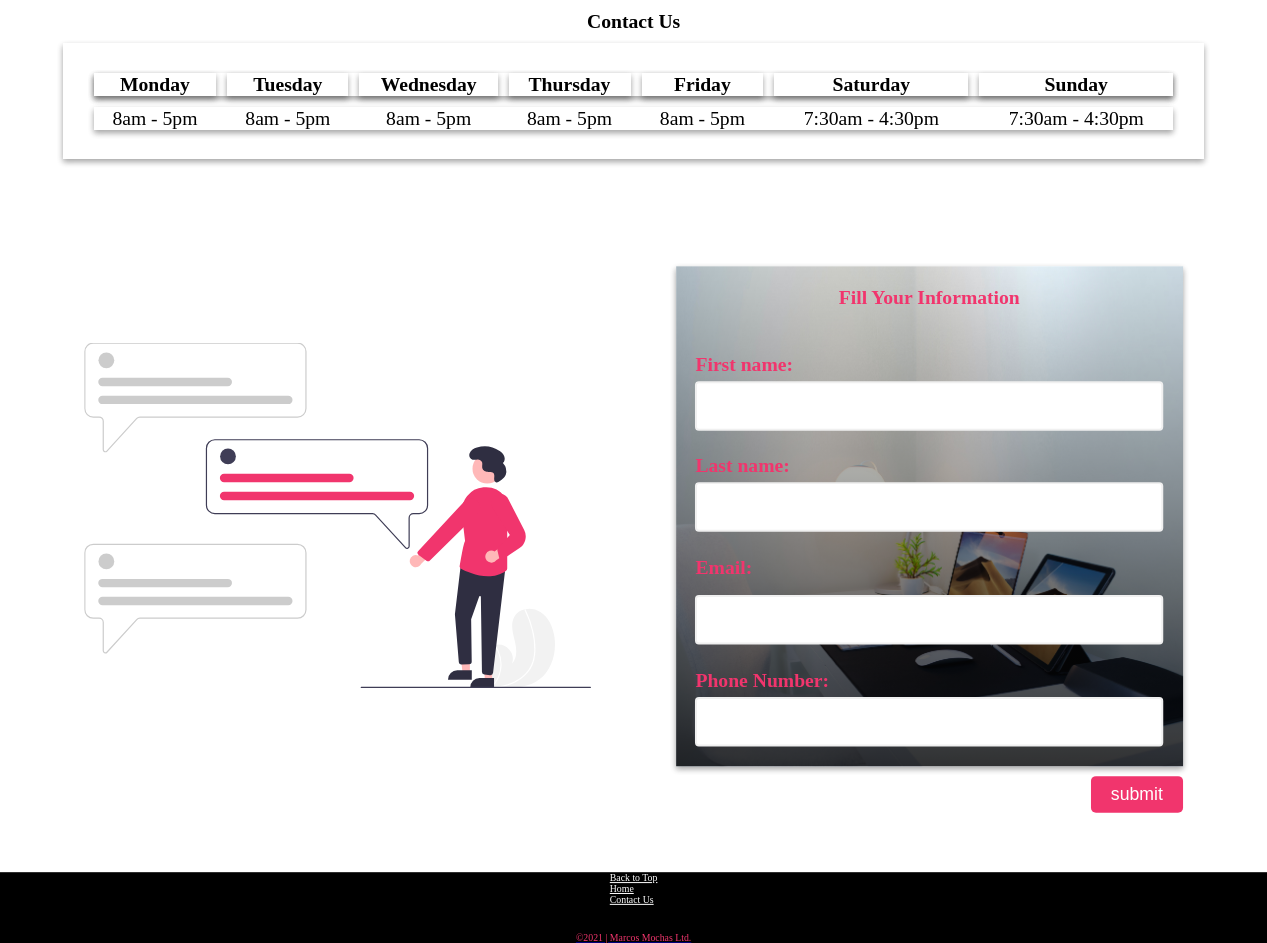
Repository: CAMPSLOPY/marcos-mochas
Page: HTML/contact.html
The author's editor kept a copy of each file at every save. The page is drawn from the files as they stood at one save, then again after the next save.
The browser window is 1280 px wide. The pictures show the whole page, at 99% of full size.

Above is the page before, as saved 2021-07-04 23:57:23.

After the next save:
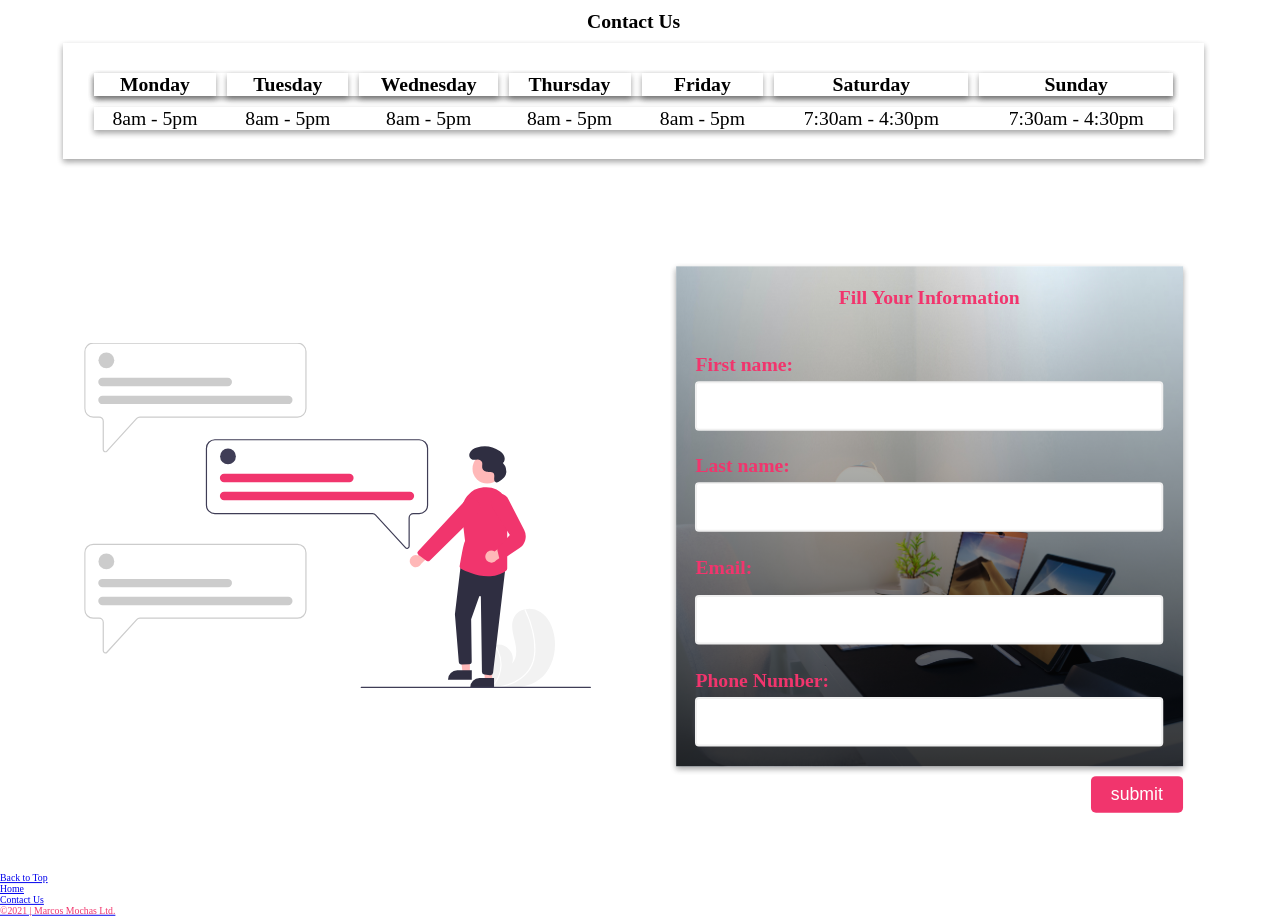
Saved 3 min 48 s later.
--- a/CSS/contact.css
+++ b/CSS/contact.css
@@ -13,20 +13,6 @@
 html {
   font-size: 62%;
   scroll-behavior: smooth;
-}
-
-footer {
-  min-height: 10vh;
-  background: black;
-  display: flex;
-  flex-direction: column;
-  justify-content: space-between;
-  align-items: center;
-  position: relative;
-}
-
-footer ul li a {
-  color: white;
 }
 
 header {

After the save that followed:
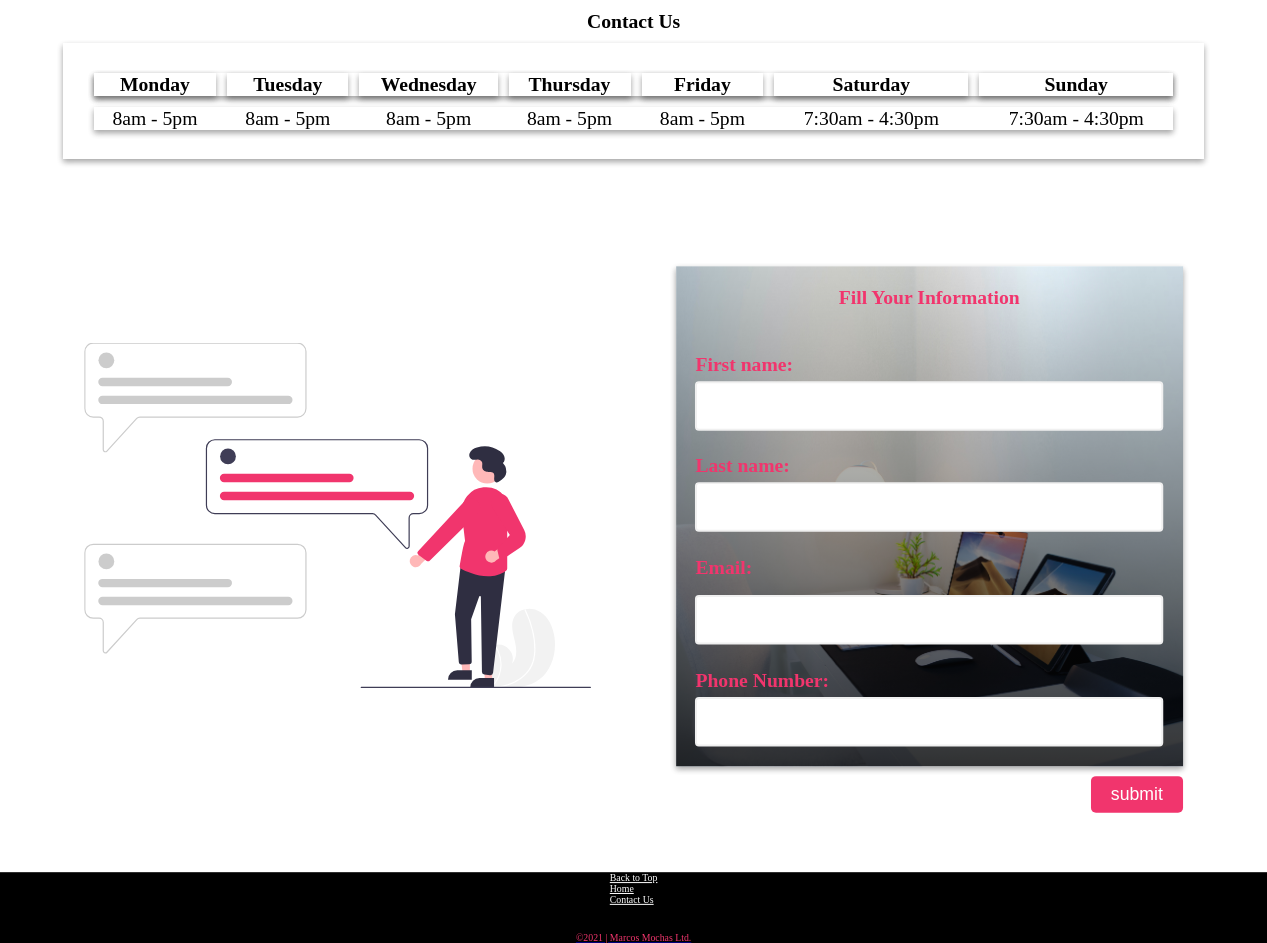
Saved 6 s later.
--- a/CSS/contact.css
+++ b/CSS/contact.css
@@ -138,6 +138,20 @@
 
 /*The links at the bottom of the footer shouldnt be stacked up and placed at the bottom of the page*/
 
+footer {
+    min-height: 10vh;
+    background: black;
+    display: flex;
+    flex-direction: column;
+    justify-content: space-between;
+    align-items: center;
+    position: relative;
+  }
+
+  footer ul li a {
+    color: white;
+  }
+
 .contact-footer {
   color: black;
 }
